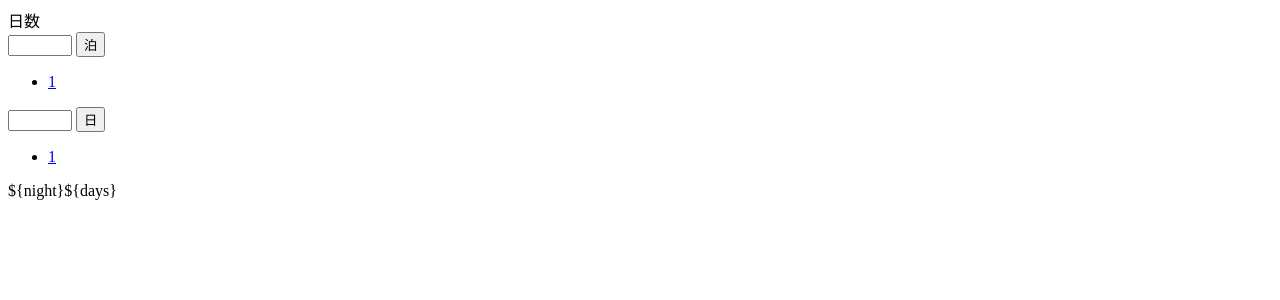
Repository: Ischca/ischca.github.io
Page: src/nights.html
An editor plug-in stored every save of this project. The page is shown before and after the next save, followed by the edit.
The browser window is 1280 px wide. The pictures show the whole page.

Above is the page before, as saved 2020-10-02 14:32:01.

### src/nights.html
<label for="staticEmail" class="col-sm-auto col-form-label">日数</label>
<div class="col-sm-2">
    <div class="input-group mb-3">
        <input type="number" class="form-control" min="1" max="100" value.bind="night">
        <button class="btn btn-outline-secondary dropdown-toggle" type="button" data-toggle="dropdown"
            aria-expanded="false">泊</button>
        <ul class="dropdown-menu dropdown-menu-right">
            <li><a class="dropdown-item" href="#">1</a></li>
        </ul>
    </div>
</div>

<div class="col-sm-2">
    <div class="input-group mb-3">
        <input type="number" class="form-control" min="1" max="100"  value.bind="days">
        <button class="btn btn-outline-secondary dropdown-toggle" type="button" data-toggle="dropdown"
            aria-expanded="false">日</button>
        <ul class="dropdown-menu dropdown-menu-right">
            <li><a class="dropdown-item" href="#">1</a></li>
        </ul>
    </div>
</div>

${night}${days}

After the next save:
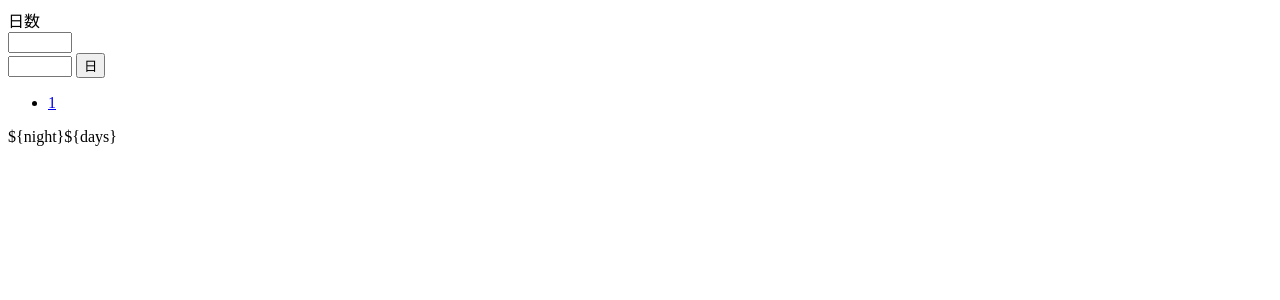
Saved 31 s later.
--- a/src/nights.html
+++ b/src/nights.html
@@ -2,11 +2,6 @@
 <div class="col-sm-2">
     <div class="input-group mb-3">
         <input type="number" class="form-control" min="1" max="100" value.bind="night">
-        <button class="btn btn-outline-secondary dropdown-toggle" type="button" data-toggle="dropdown"
-            aria-expanded="false">泊</button>
-        <ul class="dropdown-menu dropdown-menu-right">
-            <li><a class="dropdown-item" href="#">1</a></li>
-        </ul>
     </div>
 </div>
 
